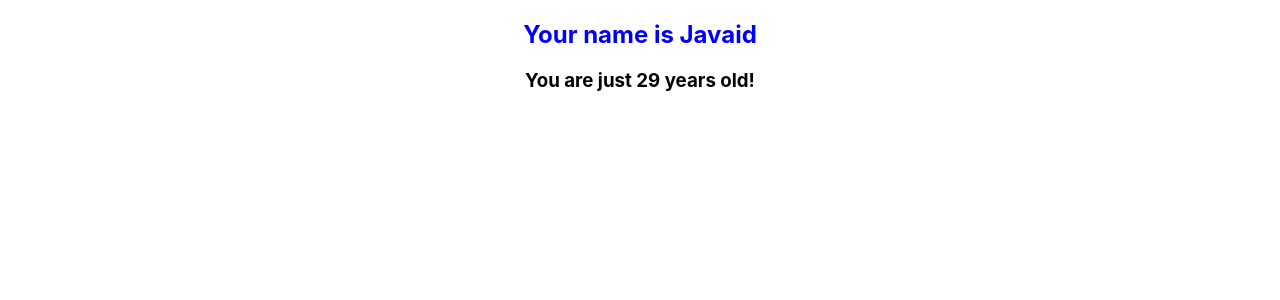
Repository: JavaidAhmadKhan/robo-friends-2.0
Page: /
The author's editor kept a copy of each file at every save. The page is drawn from the files as they stood at one save, then again after a run of saves.
The browser window is 1280 px wide. The pictures show the whole page.
The project was rebuilt for these pictures with package versions that can differ from the ones it lists, and the page was loaded fresh each time.

Above is the page before, as saved 2022-04-18 22:44:47.

### public/index.html
<!DOCTYPE html>
<html lang="en">
  <head>
    <meta charset="utf-8" />
    <link rel="icon" href="%PUBLIC_URL%/favicon.ico" />
    <meta name="viewport" content="width=device-width, initial-scale=1" />
    <meta name="theme-color" content="#000000" />
    <meta
      name="description"
      content="Web site created using create-react-app"
    />
    <link rel="apple-touch-icon" href="%PUBLIC_URL%/logo192.png" />
    <!--
      manifest.json provides metadata used when your web app is installed on a
      user's mobile device or desktop. See https://developers.google.com/web/fundamentals/web-app-manifest/
    -->
    <link rel="manifest" href="%PUBLIC_URL%/manifest.json" />
    <!--
      Notice the use of %PUBLIC_URL% in the tags above.
      It will be replaced with the URL of the `public` folder during the build.
      Only files inside the `public` folder can be referenced from the HTML.

      Unlike "/favicon.ico" or "favicon.ico", "%PUBLIC_URL%/favicon.ico" will
      work correctly both with client-side routing and a non-root public URL.
      Learn how to configure a non-root public URL by running `npm run build`.
    -->
    <title>Robo Friends 2.0</title>
  </head>
  <body>
    <noscript>You need to enable JavaScript to run this app.</noscript>
    <div id="root"></div>
    <!--
      This HTML file is a template.
      If you open it directly in the browser, you will see an empty page.

      You can add webfonts, meta tags, or analytics to this file.
      The build step will place the bundled scripts into the <body> tag.

      To begin the development, run `npm start` or `yarn start`.
      To create a production bundle, use `npm run build` or `yarn build`.
    -->
  </body>
</html>

### src/App.js
import { Component } from "react";
import "./App.css";

class App extends Component {
  constructor() {
    super();

    this.state = {
      name: "Javaid",
      age: 29,
    };
  }

  render() {
    return (
      <div className="App">
        <h2>Your name is {this.state.name}</h2>
        <h3>You are just {this.state.age} years old! </h3>
      </div>
    );
  }
}

export default App;

### src/App.css
.App {
  text-align: center;
}

h2 {
  color: blue;
}

Loaded but not shown: src/index.js (common file); src/index.css (common file); src/reportWebVitals.js (common file)

After the next 2 saves:
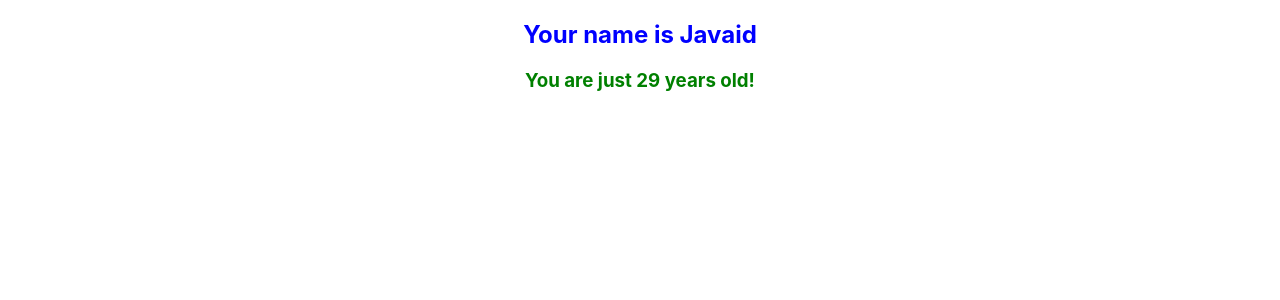
The 2 saves are shown as one change because they came seconds apart.
The last was saved 12 s later.
--- a/src/App.css
+++ b/src/App.css
@@ -5,3 +5,7 @@
 h2 {
   color: blue;
 }
+
+h3 {
+  color: green;
+}
